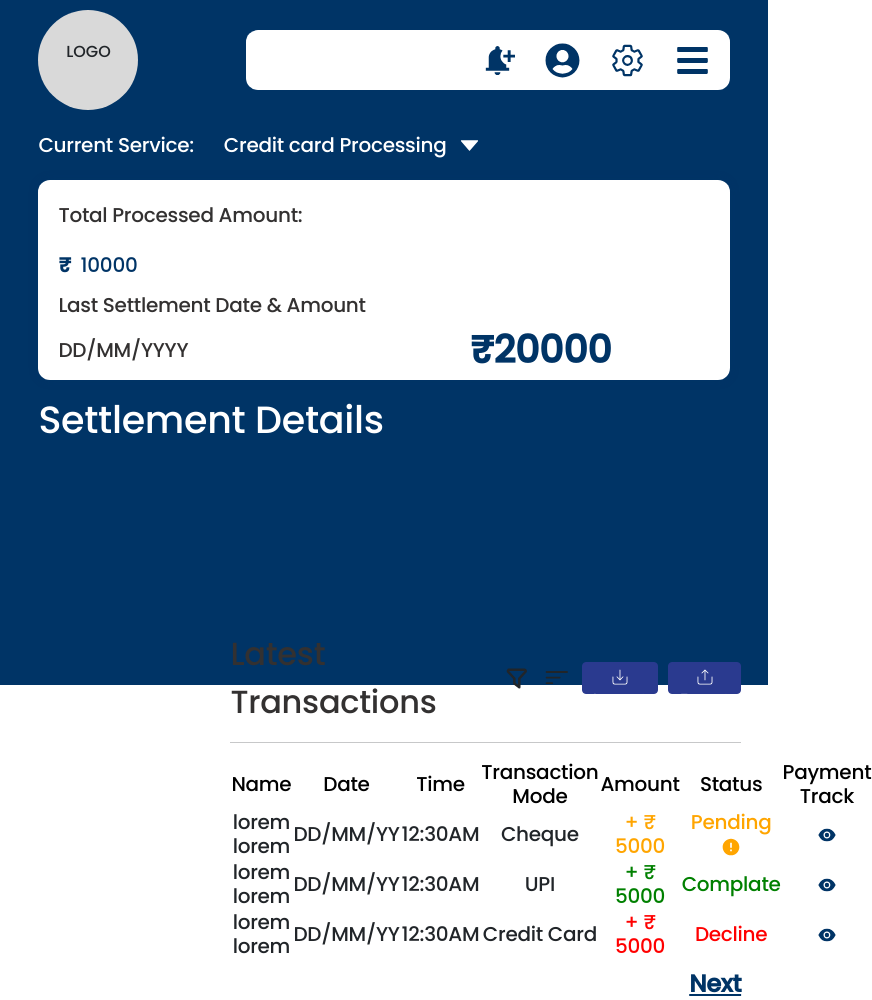
Repository: FlyweisReact/Prashant
Page: /dashboard
These files come from the project's save history. The page is drawn as it stood at one moment and after the next save; the edit follows.
The browser window is 768 px wide. The page is 872 px wide, so the pictures cover 872 px, including what lies to the right of the window. The pictures show the whole page.
Some web libraries are served in a nearby version. The project was rebuilt for these pictures with package versions that can differ from the ones it lists, and the page was loaded fresh each time. Also part of the build but not shown: src/Pages/CryptoPayment.jsx, src/Pages/CurrentCharge.jsx, src/Styles/Login.module.css, src/Components/Login/LoginFirstSection.jsx, src/Components/Login/LoginMainSection.jsx, src/Pages/Login.jsx, src/Pages/MatureFund.jsx, src/Pages/OpenBanking.jsx and 12 more.

Above is the page before, as saved 2023-03-23 18:35:38.

After the next save:
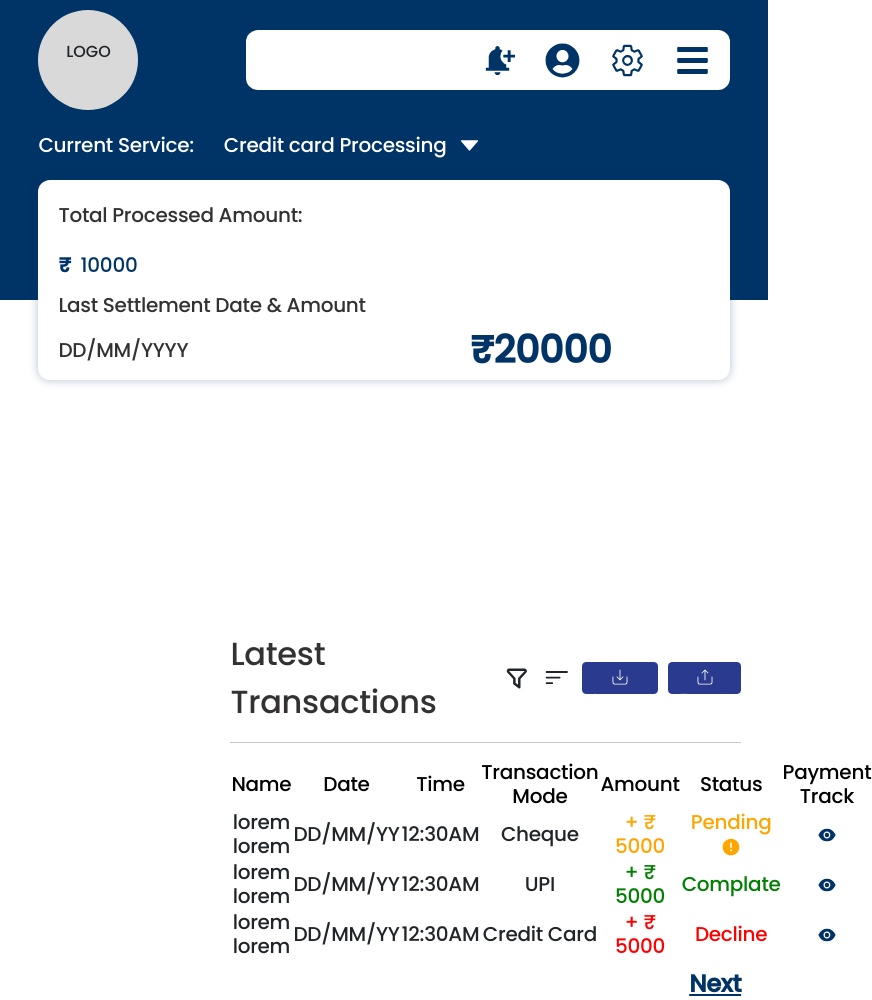
Saved 4 s later.
--- a/src/Styles/Dashboard.module.css
+++ b/src/Styles/Dashboard.module.css
@@ -215,6 +215,6 @@
   line-height: normal;
 }
 .Main{
-  height: ;
-}
-}
+  height: 300px;
+}
+}
